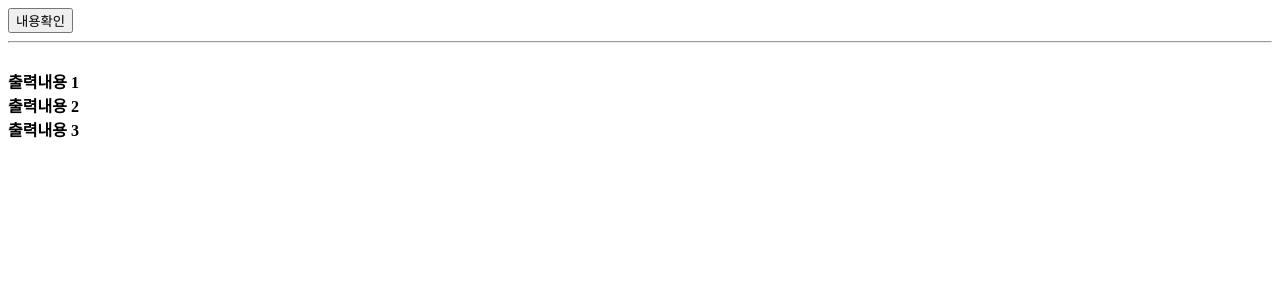
Repository: KYJIN1024/kic_jquery
Page: http://localhost/JQueryEx01/jquery29.jsp
These files come from the project's save history. The page is drawn as it stood at one moment and after the next save; the edit follows.
The browser window is 1280 px wide. The pictures show the whole page.
After loading, the first visible `#btn1` was clicked once.
The page is served by Tomcat 9.

Above is the page before, as saved 2023-05-16 02:21:03.

After the next save:
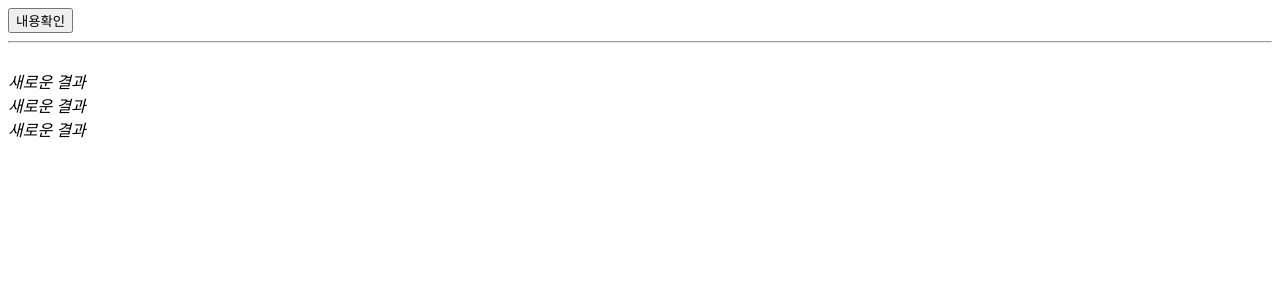
Saved 28 s later.
--- a/JQueryEx01/src/main/webapp/jquery29.jsp
+++ b/JQueryEx01/src/main/webapp/jquery29.jsp
@@ -11,6 +11,7 @@
 
 	$( document ).ready( function() {
 		document.getElementById('btn1').onclick = function() {
+			$('div').html('<i>새로운 결과</i>')
 
 
 		};
